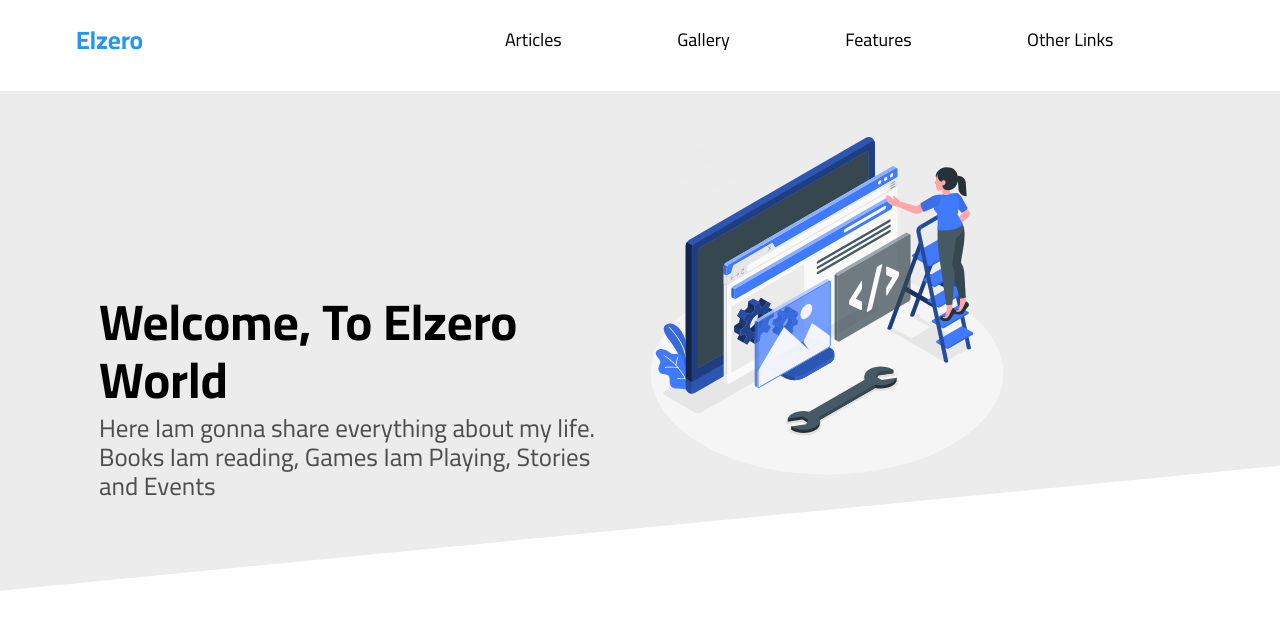
Repository: Toqa-25/elzeroAcdemey-Templete
Page: index.html
The author's editor kept a copy of each file at every save. The page is drawn from the files as they stood at one save, then again after the next save.
The browser window is 1280 px wide. The pictures show the whole page.

Above is the page before, as saved 2022-01-16 21:46:01.

### index.html
<!DOCTYPE html>
<html lang="en">
<head>
    <meta charset="UTF-8">
    <meta http-equiv="X-UA-Compatible" content="IE=edge">
    <meta name="viewport" content="width=device-width, initial-scale=1.0">
    <!-- normalize file -->
    <link rel="stylesheet" href="css/normalize.css">
    <!-- css files -->
    <link rel="stylesheet" href="css/style.css">
    <!-- fontAwosem file -->
    <link rel="stylesheet" href="css/all.min.css">
     <!-- font files -->
     <link rel="preconnect" href="https://fonts.googleapis.com">
    <link rel="preconnect" href="https://fonts.gstatic.com" crossorigin>
    <link href="https://fonts.googleapis.com/css2?family=Cairo:wght@200;400;700;800;900&display=swap" rel="stylesheet">
    <!-- page title -->
    <title>templete 3</title>
</head>
<body>
    <!-- header section -->
    <header id="" class="">
        <div class="container">
            <div class="header-content">
                <div class="header-content-logo">
                    <a href="index.html" class="logo link-none">Elzero</a>
                </div>
                <nav>
                    <ul class="nav-list unlist">
                        <li class="nav-list-item"> <a href="" class="link-none  link-style" id="articles">articles</a></li>
                        <li class="nav-list-item"> <a href="" class="link-none  link-style" id="gallery">gallery</a></li>
                        <li class="nav-list-item"> <a href="" class="link-none  link-style" id="features">features</a></li>
                        <li class="nav-list-item" id="parent-other-links"> <a href="javascript:;" class="link-none  link-style " >other links</a>
                            <div class="other-links " id="child-other-links">
           <div class="other-links-content">
            <div class="other-links-content-img">
                <img src="images/header/Video files-amico.svg" alt="">
            </div>

            <ul class="other-links-list unlist">
            <div class="other-links-list-group-one">
              <li id="" class="other-links-list-item"><a href="" class="link-none  link-style "><i class="far fa-comments"></i> testimonials</a></li>
              <li id="" class="other-links-list-item"><a href="" class="link-none  link-style "><i class="far fa-user"></i> team member</a></li>
              <li id="" class="other-links-list-item"><a href="" class="link-none  link-style"><i class="far fa-building"></i> services</a></li>
              <li id="" class="other-links-list-item"><a href="" class="link-none  link-style"><i class="far fa-check-circle"></i> our skils</a></li>
              <li id="" class="other-links-list-item"><a href="" class="link-none  link-style"><i class="far fa-clipboard"></i> how it work</a></li>
            </div>
            <div class="other-links-list-group-one">
                <li id="" class="other-links-list-item"><a href="" class="link-none  link-style"><i class="far fa-calendar-alt"></i> events</a></li>
                <li id="" class="other-links-list-item"><a href="" class="link-none  link-style"><i class="fas fa-server"></i> pricing planes</a></li>
                <li id="" class="other-links-list-item"><a href="" class="link-none  link-style"><i class="far fa-play-circle"></i> top video</a></li>
                <li id="" class="other-links-list-item"><a href="" class="link-none  link-style"><i class="fas fa-chart-bar"></i> states</a></li>
                <li id="" class="other-links-list-item"><a href="" class="link-none  link-style"><i class="fas fa-percent"></i> request a discount</a></li>
            </div>
        </ul>
       </div>
       </div>
                        </li>

                    </ul>
                </nav>
            </div>
        </div>
    </header>
    <!-- welcom section -->
    <section id="welcome" class="welcome">
        <div class="container">
            <div class="welcome-content">
                <div class="welcome-content-info">
                    <h1 class="welcome-content-info-head">welcome, to elzero world</h1>
                    <p class="welcome-content-info-text">Here Iam gonna share everything about my life. Books Iam reading, Games Iam Playing, Stories and Events</p>
                </div>
                <div class="welcome-content-img">
                    <img src="images/welcome/Website setup-amico.svg" alt="" srcset="">
                </div>
            </div>
        </div>

    </section>


       <script src="script.js">

       </script>
</body>
</html>

### css/style.css
 /*
  - container
  -section head

 */
 /* global style */
 :root{
     /* --main-color:#45B2F8; */
     --main-color:#2196F3;
     --s-background:#ececec54;
     --f-background:#ececec;
     --p-color:#D6ECEC;
 }

 *{
     box-sizing: border-box;
     margin: 0;
     padding: 0;
 }
html , body{
    width: 100%;
    height: 100%;
    margin: 0;
    padding: 0;
    overflow: hidden;
}
 body{
     font-family: "Cairo", sans-serif;
 }
 .container{
      width: 90%;
      margin:0 auto;
      /* padding: 15px 0; */
 }
 .link-none{
     text-decoration: none;
 }
 .unlist{
     list-style: none;
 }
 .link-style{
    font-size: 18px;
    text-transform: capitalize;
 }

 /* header style */
 header{
   margin-bottom: 10px;
 }
.header-content{
    display: flex;
    justify-content: space-between;
    align-items: center;
    padding: 10px 12px ;
    margin-bottom: 10px;
}
.logo{
    font-weight: bolder;
    font-size:25px;
    color:var(--main-color)
}

nav{
    width: 70%;
}
.nav-list{
    display: flex;
    justify-content: space-evenly;
    align-items: center;
}
.nav-list-item {
    cursor: pointer;
    color:#000;
    padding: 20px  25px;
    position: relative;
    transition: background-color .2s ;
    -webkit-transition: background-color .2s ;
    -moz-transition: background-color .2s ;
    -ms-transition: background-color .2s ;
    -o-transition: background-color .2s ;
}
.nav-list-item::before{
    content: "";
    height: 3px;
    width: 0;
    background-color: var(--main-color);
    position: absolute;
    top: 0px;
    left: 0;
    transition: width .6s;
    -webkit-transition: width .6s;
    -moz-transition: width .6s;
    -ms-transition: width .6s;
    -o-transition: width .6s;
}
.nav-list-item a{
        color:#000;
}

.nav-list-item:hover  {
    background-color: var(--s-background);
}
.nav-list-item:hover  a {
    color:var(--main-color);
}
.nav-list-item:hover::before{
        width: 100%;
}
#parent-other-links{
    position: relative;
}
#parent-other-links:hover #child-other-links{
    transform:translateY(20px) ;
    -webkit-transform:translateY(20px) ;
    -moz-transform:translateY(20px) ;
    -ms-transform:translateY(20px) ;
    -o-transform:translateY(20px) ;
}
/* media query for header*/
@media (max-width:767px){
    .header-content{
        flex-direction:column ;
        padding:5px 12px;
}
.header-content-logo{
    margin-bottom: 5px;
}
nav{
    width: 80%;
}
.nav-list-item{
    padding:17px 10px;
}
.nav-list-item a{
    font-size: 15px;
}
}
                       /*************************************/
/* style for other links */
.other-links{
 /*margin-top: 10px;
 */margin: 10 auto;
 transform: translatey(1000%);
 -webkit-transform: translatey(1000%);
 -moz-transform: translatey(1000%);
 -ms-transform: translatey(1000%);
 -o-transform: translatey(1000%);
 transition: transform .5s;
 -webkit-transition: transform .5s;
 -moz-transition: transform .5s;
 -ms-transition: transform .5s;
 -o-transition: transform .5s;
}
.other-links-content{
    display: flex;
    border-bottom: 4px solid var(--main-color);
    border-top: 2px solid var(--s-background);
}
.other-links-content-img{
    margin:auto;
}
.other-links-content-img img{
    width: 100%;
}
.other-links-list{
    width:55%;
    display: flex;
    justify-content: space-between;
    padding: 10px;
    align-items: center;
}
.other-links-list-group-one{
    width:45%
}
.other-links-list-item{
    padding: 15px ;
    border-bottom: 1px solid rgba(0, 0, 0, 0.337);
    position: relative;
    cursor: pointer;

}
.other-links-list-item:last-child{
    border:none;
}
.other-links-list-item::before{
    content:"";
    position: absolute;
    top: 0;
    left: 0;
    height: 100%;
    width: 0%;
    background-color: var(--s-background);
    transition:width .5s;
    -webkit-transition:width .5s;
    -moz-transition:width .5s;
    -ms-transition:width .5s;
    -o-transition:width .5s;
}
.other-links-list-item:hover::before{
    width: 100%;
}
.other-links-list-item a{
    font-weight: bold;
    color:var(--main-color)
}
.other-links-list-item > a > i{
 margin-right: 10px;
}
.other{
    transform: translatey(20px);
    -webkit-transform: translatey(20px);
    -moz-transform: translatey(20px);
    -ms-transform: translatey(20px);
    -o-transform: translatey(20px);
}
#child-other-links{
    width:85vw;
    position: absolute;
    right: 5px;
    /* background-color: violet; */
}
@media(max-width:991px){
    #child-other-links{
     width:87vw;
    }
     .other-links-content-img{
        display: none;
    }
    .other-links-list{
        width: 100%;
    }
}
@media(max-width:767px){
    #child-other-links{
        width:100vw;
        margin-right: -166px;
    }
     .other-links-list{
        flex-direction: column;
    }
        .other-links-list-group-one{
    width:100%;
}
.other-links-list-item:last-child{
    border-bottom: 1px solid rgba(0, 0, 0, 0.337);
}
 .other-links-list-item a{
     font-size: 18px;
 }
}
/********************************************************************************************/
/* style for other welcome section */

.welcome{
    /* background-color: var(--s-background);
    clip-path: polygon(0 0, 100% 0, 100% 35%, 0 70%);
    margin-bottom: 500px; */
    /* background-color: var(--s-background);
    clip-path: polygon(0 0, 100% 0, 100% 35%, 0 70%);
    margin-bottom: 500px; */
   background-color: var(--f-background);
    clip-path: polygon(0 0, 100% 0, 100% 75%, 0 100%);
    height: 500px;
    padding: 20px 0px;
    margin-bottom: 500px;

}

.welcome-content{
    display: flex;
}
.welcome-content-info{
    width:50%;
    padding: 150px 35px;
}
.welcome-content-info-head {
    font-size: 50px;
    text-transform: capitalize;
    margin-bottom: 5px;
}
.welcome-content-info-text{
    color:rgba(0, 0, 0, 0.67);
    font-size: 25px;
}
.welcome-content-img{
    width:50%
}
.welcome-content-img img{
    width:65%
}

### script.js
let otherParent = document.getElementById("parent-other-links");
let otherChild = document.getElementById("child-other-links");
otherParent.onclick = function () {
  otherChild.classList.toggle("other");
};

Loaded but not shown: css/normalize.css (library); css/all.min.css (library)

After the next save:
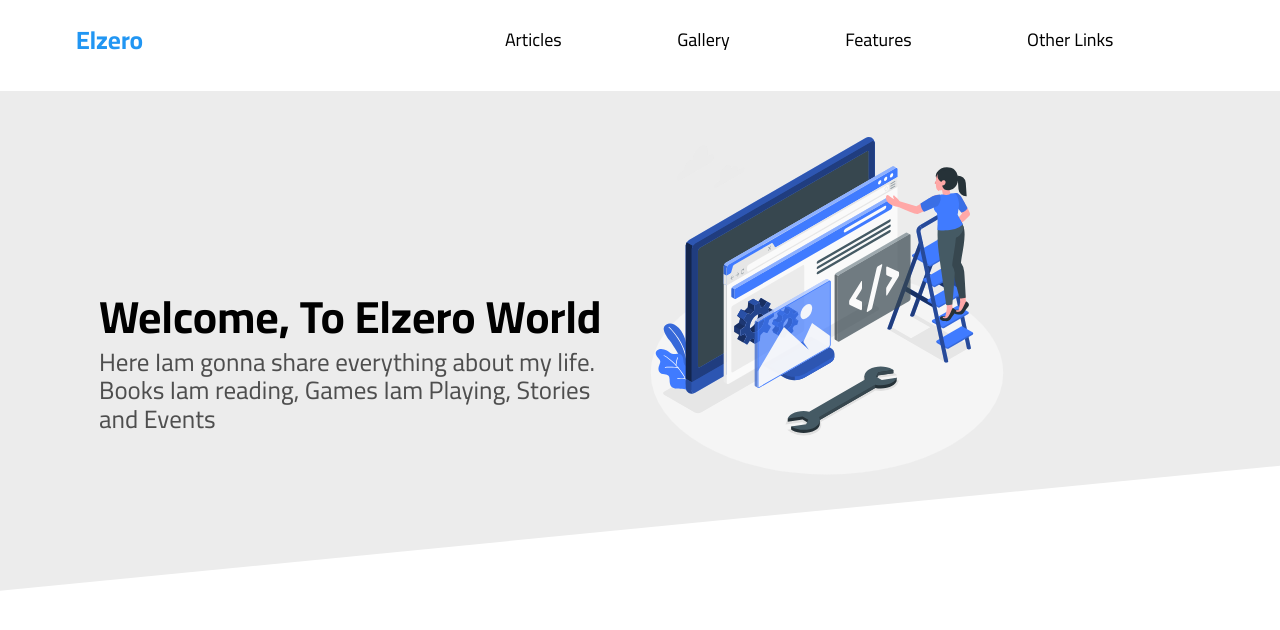
Saved 5 s later.
--- a/css/style.css
+++ b/css/style.css
@@ -274,7 +274,7 @@ nav{
     padding: 150px 35px;
 }
 .welcome-content-info-head {
-    font-size: 50px;
+    font-size: 45px;
     text-transform: capitalize;
     margin-bottom: 5px;
 }
